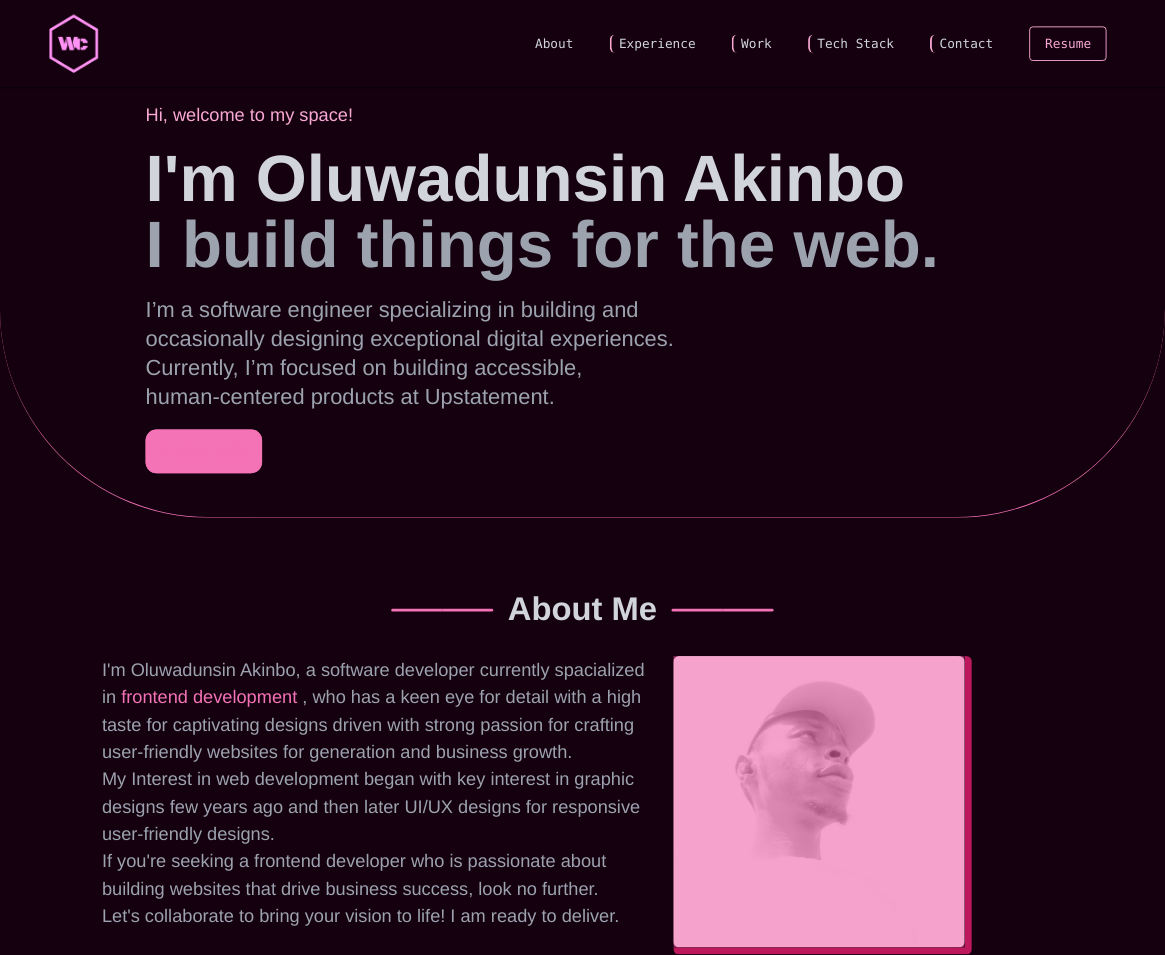
Repository: EmmyDunny1/myPortfolio
Page: / (app in MyPortfolio/)
These files come from the project's save history. The page is drawn as it stood at one moment and after the next save; the edit follows.
The browser window is 1280 px wide. The pictures show the whole page, at 91% of full size.
The project was rebuilt for these pictures with package versions that can differ from the ones it lists, and the page was loaded fresh each time. Also part of the build but not shown: MyPortfolio/vite.config.js.

Above is the page before, as saved 2025-01-14 21:06:12.

### MyPortfolio/index.html
<!doctype html>
<html lang="en">
  <head>
    <meta charset="UTF-8" />
    <link rel="icon" type="image/svg+xml" href="/vite.svg" />
    <meta name="viewport" content="width=device-width, initial-scale=1.0" />
    <title>My Portfolio Website</title>
  </head>
  <body>
    <div id="root"></div>
    <script type="module" src="/src/main.jsx"></script>
  </body>
</html>

### MyPortfolio/src/index.css
@tailwind base;
@tailwind components;
@tailwind utilities;


body{

    max-width: 90rem;
  /* margin-left: 2rem;
  margin-right: 2rem; */
  background:   rgb(21, 0, 15);
  font-family: "Helvetica Neue";
  }

  img {
    width: 12rem;
    height: 7rem;
  }

  p{ font-size: 14px

  }

### MyPortfolio/src/App.jsx
import React from 'react'
import Navbar from './components/Navbar'
import HeroSection from './components/HeroSection'
import AboutMe from './components/AboutMe'
const App = () => {
  return (
    <div>
    <div className=''> <Navbar/> </div>
    <div className='mt-[7rem] border-b border-solid border-pink-400 rounded-full pb-[3rem]'><HeroSection/> </div>
    <div className=''><AboutMe/></div>

    </div>
  )
}

export default App

### MyPortfolio/src/components/Navbar.jsx
import React from 'react'
import WEBCANIC from '../assets/WEBCANIC.png'

const Navbar = () => {
  return (
    <nav className="fixed top-0 left-0 w-full bg-dark-navy shadow-sm  shadow-black text-gray-300 z-10">
    <div className=" flex items-center justify-between py-4 mx-[4rem]">
      <div className="flex items-center">

          <img src={WEBCANIC} className='h-[4rem] w-[4rem] object-cover ml-[-10px]'  alt="" />

      </div>
      <div className="flex items-center space-x-8 ">
        <a
          href="#about"
          className="hover:text-green text-sm font-mono  border-solid border-pink-300 rounded-md px-2 ">
          <div>  </div>  About
        </a>
        <a
          href="#experience"
          className="hover:text-green text-sm font-mono border-l-2 border-solid border-pink-300 rounded-md px-2">
           Experience
        </a>
        <a
          href="#work"
          className="hover:text-green text-sm font-mono border-l-2 border-solid border-pink-300 rounded-md px-2">
           Work
        </a>
        <a
          href="#work"
          className="hover:text-green text-sm font-mono border-l-2 border-solid border-pink-300 rounded-md px-2">
           Tech Stack
        </a>
        <a
          href="#contact"
          className="hover:text-green text-sm font-mono border-l-2 border-solid border-pink-300 rounded-md px-2">
           Contact
        </a>
        <a
          href="/resume.pdf"
          download
          className="border border-green text-pink-300 px-4 py-2 rounded text-sm font-mono hover:bg-green hover:text-dark-navy hover:shadow-sm hover:shadow-gray-300 hover:border-gray-300 hover:text-gray-300 transition border-pink-300">
          Resume
        </a>
      </div>
    </div>
  </nav>
  )
}

export default Navbar

### MyPortfolio/src/components/HeroSection.jsx
import React from 'react'

const HeroSection = () => {
  return (
    <div className='block mx-[10rem] '>

      <div className=''>
        <span className='text-pink-300 text-xl '>Hi, welcome to my space!</span>
        <h1 className='text-7xl text-gray-300 pt-5 font-bold '>I'm Oluwadunsin Akinbo</h1>
        <h2 className='text-7xl text-gray-400 font-bold'>I build things for the web.</h2>

        <p className='text-2xl text-gray-400 py-5'>I’m a software engineer specializing in building and <br />occasionally designing exceptional digital experiences. <br />Currently, I’m focused on building accessible,<br /> human-centered products at Upstatement.</p>


      </div>

<button className='relative h-[3rem] w-[8rem] border-solid border-pink-400 border-2 text-pink-400 text-xl font-bold rounded-xl z-10'>Let's Talk</button>

<button className=' absolute h-[3rem] w-[8rem] bg-pink-400  text-pink-400 text-xl font-bold rounded-xl mb-10 ml-[-8rem] z-5'>Let's Talk</button>

    </div>
  )
}

export default HeroSection

### MyPortfolio/src/components/AboutMe.jsx
import React from 'react'
import { FiMinus } from 'react-icons/fi'
import myImage from '../assets/myImage.jpg'


const AboutMe = () => {
  return (
    <div className=' mx-[7rem] mt-[5rem]'>
      <div className='flex mx-auto justify-center align-center'>
      <FiMinus className='h-[2.5px] w-[7rem] mt-5 mr-4 rounded-2xl bg-pink-400'/>
        <h1 className='text-gray-300 text-4xl pb-[2rem] font-bold'>  About Me </h1>
         <FiMinus className='h-[2.5px] w-[7rem] mt-5 ml-4 rounded-2xl bg-pink-400'/>
      </div>
    <div className='flex gap-8'>
        <div className=''>
            <p className='text-gray-400 text-xl leading-normal justify-center '>I'm Oluwadunsin Akinbo, a software developer currently spacialized <br />in <span className='text-pink-400'>frontend development </span>
            , who has a keen eye for detail with a high <br />taste for captivating designs driven with strong passion for crafting <br />user-friendly websites for generation and business growth.
            <br />

               <span className='pt-10'>My Interest in web development began with key interest in graphic <br />designs few years ago and then later UI/UX designs for responsive <br />user-friendly designs.  </span>


              <br />If you're seeking a frontend developer who is passionate about <br /> building websites that drive business success, look no further.
<br />
              Let's collaborate to bring your vision to life! I am ready to deliver. </p>
        </div>
        <div className='  relative hover:translate-y-2 border-solid rounded-md border-pink-700 border-r-8 border-b-8 hover:translate-x-2 transition duration-300 '>
            <img src={myImage} alt="my picture" className='object-cover h-[20rem] w-[20rem] items-center   transition-transform rounded-md ' />
        <div className='absolute inset-0 bg-pink-500 hover:bg-gray-600 opacity-50 hover:opacity-30 '>
         </div>

         {/* <div className=' h-[20rem] w-[20rem] border-solid border-pink-500 pt-10'></div> */}
        </div>

    </div>

    </div>
  )
}

export default AboutMe

Loaded but not shown: MyPortfolio/src/main.jsx (common file); MyPortfolio/tailwind.config.js (common file)

After the next save:
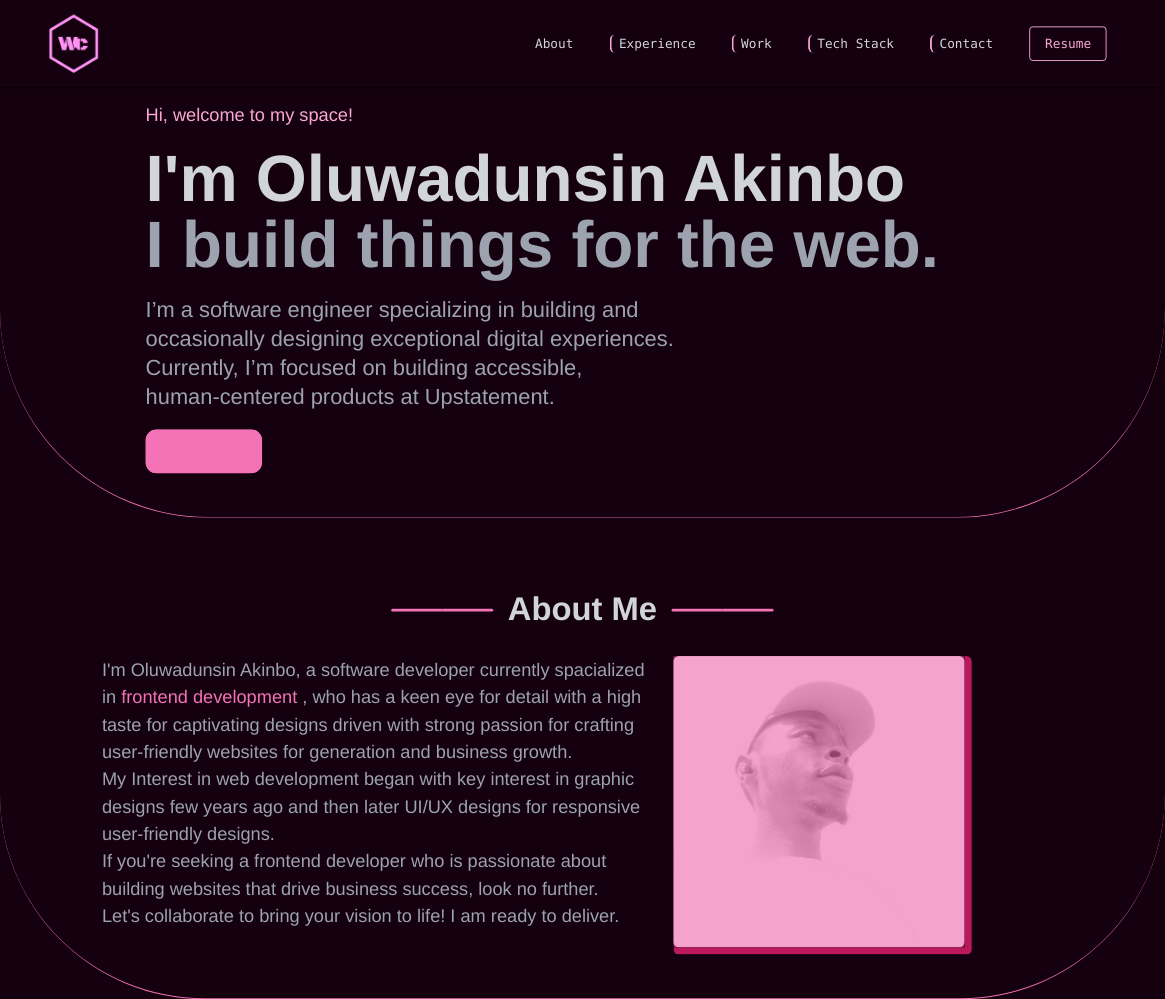
Saved 22 min 53 s later.
--- a/MyPortfolio/src/App.jsx
+++ b/MyPortfolio/src/App.jsx
@@ -7,7 +7,7 @@ const App = () => {
     <div>
     <div className=''> <Navbar/> </div>
     <div className='mt-[7rem] border-b border-solid border-pink-400 rounded-full pb-[3rem]'><HeroSection/> </div>
-    <div className=''><AboutMe/></div>
+    <div className='border-b border-solid border-pink-400 rounded-full pb-[3rem]'><AboutMe/></div>
 
     </div>
   )
